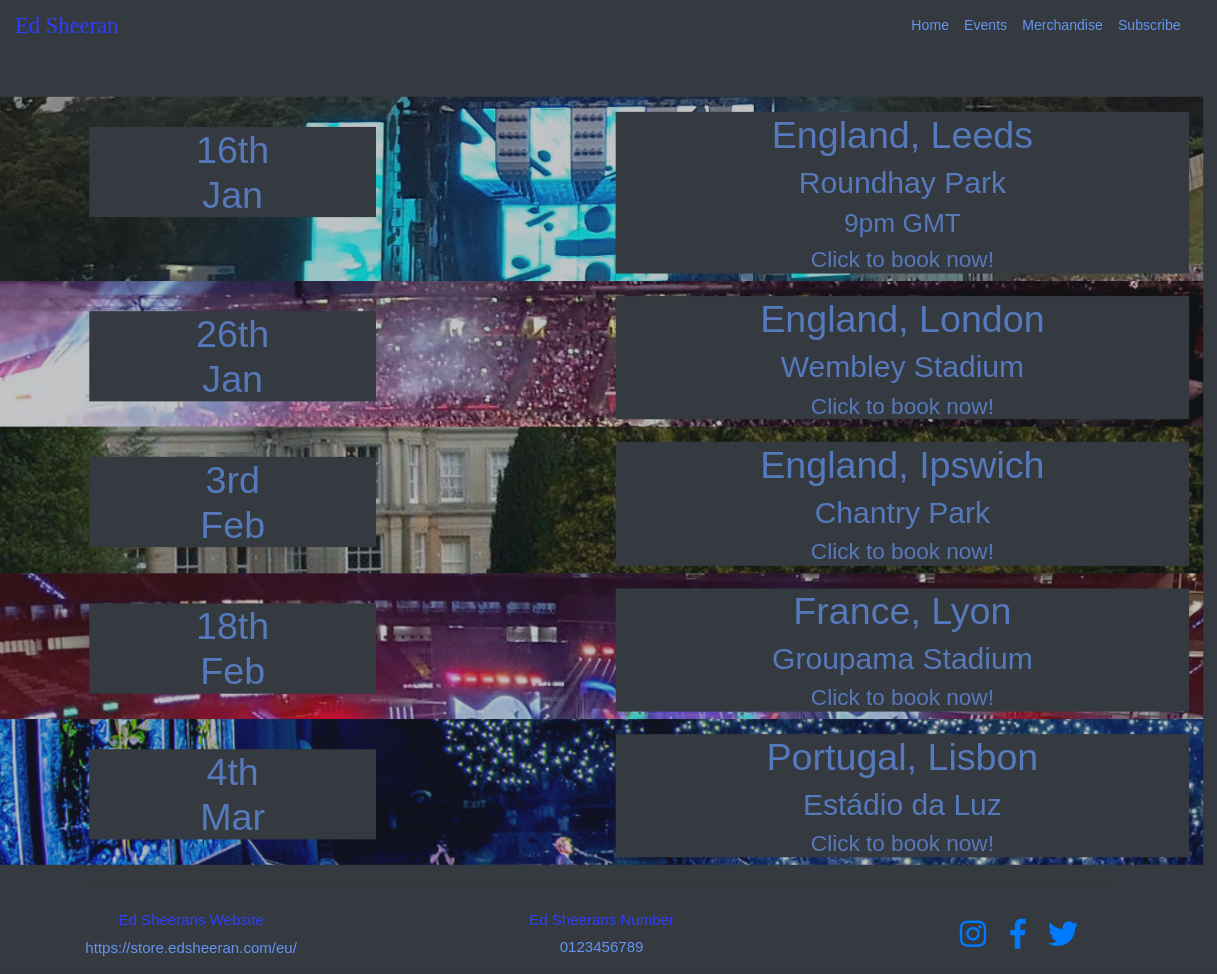
Repository: amit238/milestone-project-1
Page: events.html
The author's editor kept a record of every edit. The page is drawn from the files as they stood at one moment, then again after the next edit.
The browser window is 1280 px wide. The page is 1295 px wide, so the pictures cover 1295 px, including what lies to the right of the window. The pictures show the whole page, at 94% of full size.
Some web libraries are served in a nearby version.

Above is the page before.

### events.html
<!DOCTYPE html>
<html lang="en">

<head>
  <meta charset="UTF-8">
  <meta name="viewport" content="width=device-width, initial-scale=1.0">
  <meta http-equiv="X-UA-Compatible" content="ie=edge">
  <link rel="stylesheet" href="https://maxcdn.bootstrapcdn.com/bootstrap/4.2.1/css/bootstrap.min.css" type="text/css" />
  <link rel="stylesheet" href="https://use.fontawesome.com/releases/v5.0.10/css/all.css" integrity="sha384-+d0P83n9kaQMCwj8F4RJB66tzIwOKmrdb46+porD/OvrJ+37WqIM7UoBtwHO6Nlg" crossorigin="anonymous">
  <link rel="stylesheet" href="assets/css/style.css">
  <title>Ed Sheeran - User Centric Frontend Project</title>
</head>

<body>
  <nav class="navbar navbar-expand-lg navbar-dark bg-dark">
    <a class="edsheeran-brand">Ed Sheeran</a>
    <button type="button" class="navbar-toggler" data-toggle="collapse" data-target="#main-menu" aria-expanded="true">
                <span class="navbar-toggler-icon"></span>
            </button>
    <div id="main-menu" class="navbar-collapse collapse">
      <ul class="navbar-nav ml-auto">
        <li class="nav-item active"><a class="nav-link" href="index.html">Home</a></li>
        <li class="nav-item"><a class="nav-link" href="events.html">Events</a></li>
        <li class="nav-item"><a class="nav-link" href="merchandise.html">Merchandise</a></li>
        <li class="nav-item"><a class="nav-link" href="subscribe.html">Subscribe</a></li>
      </ul>
    </div>
  </nav>
  <div class="container-fluid">
    <a style="text-decoration: none" href="https://www.edsheeran.com/tour" class="hyper-colour">
    <div class="row events-leeds">
      <div class="col-6">
        <div class="events-left">
          <h1>16th<br>Jan</h1>
        </div>
      </div>
      <div class="col-6">
        <div class="events-center">
          <h1>England, Leeds</h1>
          <h2>Roundhay Park</h2>
          <h3>9pm GMT</h3>
          <h4 class="bold">Click to book now!</h4>
        </div>
      </div>
    </div>
    </a>
    <a style="text-decoration: none" href="https://www.edsheeran.com/tour" class="hyper-colour">
    <div class="row events-london">
      <div class="col-6">
        <div class="events-left">
          <h1>26th<br>Jan</h1>
        </div>
      </div>
      <div class="col-6">
        <div class="events-center">
          <h1>England, London</h1>
          <h2>Wembley Stadium</h2>
          <h4 class="bold">Click to book now!</h4>
        </div>
      </div>
    </div>
    </a>
    <a style="text-decoration: none" href="https://www.edsheeran.com/tour" class="hyper-colour">
    <div class="row events-ipswich">
      <div class="col-6">
        <div class="events-left">
          <h1>3rd<br>Feb</h1>
        </div>
      </div>
      <div class="col-6">
        <div class="events-center">
          <h1>England, Ipswich</h1>
          <h2>Chantry Park</h2>
          <h4 class="bold">Click to book now!</h4>
        </div>
      </div>
    </div>
    </a>
    <a style="text-decoration: none" href="https://www.edsheeran.com/tour" class="hyper-colour">
    <div class="row events-madrid">
      <div class="col-6">
        <div class="events-left">
          <h1>18th<br>Feb</h1>
        </div>
      </div>
      <div class="col-6">
        <div class="events-center">
          <h1>France, Lyon</h1>
          <h2>Groupama Stadium</h2>
          <h4 class="bold">Click to book now!</h4>
        </div>
      </div>
    </div>
    </a>
    <a style="text-decoration: none" href="https://www.edsheeran.com/tour" class="hyper-colour">
    <div class="row events-lisbon">
      <div class="col-6">
        <div class="events-left">
          <h1>4th<br>Mar</h1>
        </div>
      </div>
      <div class="col-6">
        <div class="events-center">
          <h1>Portugal, Lisbon</h1>
          <h2>Estádio da Luz</h2>
          <h4 class="bold">Click to book now!</h4>
        </div>
      </div>
    </div>
    </a>
  </div>
  <footer>
    <hr>
    <div class="row">
      <div class="col-sm-4">
        <h6 class=footer-header>Ed Sheerans Website</h6>
        <a href="https://store.edsheeran.com/eu/" target="_blank" class=footer-p>https://store.edsheeran.com/eu/</a>
      </div>
      <div class="col-sm-4">
        <h6 class=footer-header>Ed Sheerans Number</h6>
        <p class=footer-p>0123456789</p>
      </div>
      <div class="col-sm-4">
        <ul class="list-inline social-links">
          <li class="list-inline-item"><a target="_blank" href="https://www.facebook.com"><i></i></a>
          </li>
          <li class="list-inline-item"><a target="_blank" href="https://www.instagram.com/teddysphotos/?hl=en"><i class="fab fa-instagram fa-2x fa-fw"></i></a>
            <li class="list-inline-item"><a target="_blank" href="https://en-gb.facebook.com/EdSheeranMusic"><i class="fab fa-facebook-f fa-2x fa-fw"></i></a>
              <li class="list-inline-item"><a target="_blank" href="https://twitter.com/edsheeran?lang=en"><i class="fab fa-twitter fa-2x fa-fw"></i></a>
              </li>
        </ul>
      </div>
    </div>
  </footer>
  <script src="https://code.jquery.com/jquery-3.3.1.slim.min.js" integrity="sha384-q8i/X+965DzO0rT7abK41JStQIAqVgRVzpbzo5smXKp4YfRvH+8abtTE1Pi6jizo" crossorigin="anonymous"></script>
  <script src="https://cdnjs.cloudflare.com/ajax/libs/popper.js/1.14.6/umd/popper.min.js" integrity="sha384-wHAiFfRlMFy6i5SRaxvfOCifBUQy1xHdJ/yoi7FRNXMRBu5WHdZYu1hA6ZOblgut" crossorigin="anonymous"></script>
  <script src="https://stackpath.bootstrapcdn.com/bootstrap/4.2.1/js/bootstrap.min.js" integrity="sha384-B0UglyR+jN6CkvvICOB2joaf5I4l3gm9GU6Hc1og6Ls7i6U/mkkaduKaBhlAXv9k" crossorigin="anonymous"></script>
</body>

</html>

### assets/css/style.css
body {
    background-color: #343A40;
}


/*--------------------NAVBAR--------------------*/

.navbar.navbar-expand-lg.navbar-dark.bg-dark .edsheeran-brand {
    font-family: 'Indie Flower', cursive;
    color: #2E3EFF;
    font-size: 150%;
}

.navbar.navbar-expand-lg.navbar-dark.bg-dark .nav-link {
    font-family: 'Varela Round', sans-serif;
    color: #6594F1;
    font-size: 15px;
}

/*------------Navbar margin------------*/

.container-fluid {
    margin-top: 3em;
}

.marg {
    margin-top: 1em;
}


/*--------------------INDEX--------------------*/


/*-------------Carousel---------------*/

#carouselExampleCaptions {
    margin-top: 3em;
}

/*-----------About/Audio/Album Section------------*/

.card-title {
    font-family: 'Kanit', sans-serif;
}

.card-text {
    font-family: 'Varela Round', sans-serif;
}

.about-card {
    text-align: center;
    color: #2E3EFF;
    background-color: #343A40;
}


.audio-card {
    margin-top: 2em;
    text-align: center;
    color: #2E3EFF;
    background-color: #343A40;
}

.album-card {
    margin-top: 2em;
    text-align: center;
    color: #2E3EFF;
    background-color: #343A40;
    height: 14.8em;
}

.card-text {
    color: #6594F1;
}


/*-------------------------Events-------------------------*/

.hyper-colour {
    color: #6594F1;
}

.events-left {
    font-family: 'Kanit', sans-serif;
    text-align: center;
    margin-left: 5em;
    margin-top: 2em;
    color: #6594F1;
    background-color: #343A40;
    width: 50%;
    opacity: 1;
}


.events-center {
    font-family: 'Varela Round', sans-serif;
    text-align: center;
    margin-top: 1em;
    color: #6594F1;
    background-color: #343A40;
    width: 100%;
}


.events-leeds {
    background-image: url("../images/roundhay.png");
    background-repeat: no-repeat;
    opacity: 0.7;
}

.events-leeds:hover {
    opacity: 2;
    transition-duration: 1.5s;
}


.events-london {
    background-image: url("../images/wembley.png");
    background-repeat: no-repeat;
    opacity: 0.7;
}

.events-london:hover {
    opacity: 1;
    transition-duration: 1.5s;
}

.events-ipswich {
    background-image: url("../images/ipswich.png");
    background-repeat: no-repeat;
    opacity: 0.7;
}

.events-ipswich:hover {
    opacity: 1;
    transition-duration: 1.5s;

}

.events-madrid {
    background-image: url("../images/madrid.png");
    background-repeat: no-repeat;
    opacity: 0.7;
}

.events-madrid:hover {
    opacity: 1;
    transition-duration: 1.5s;
}


.events-lyon {
    background-image: url("../images/lyon.png");
    background-repeat: no-repeat;
    opacity: 0.7;
}

.events-lyon:hover {
    opacity: 1;
    transition-duration: 1.5s;

}

.events-lisbon {
    background-image: url("../images/lisbon.png");
    background-repeat: no-repeat;
    opacity: 0.7;
}

.events-lisbon:hover {
    opacity: 1;
    transition-duration: 1.5s;

}


@media only screen and (max-width: 599px) {
    .events-left {
        width: 100%;
        margin-left: 0em;
    }
    .events-center {
        width: 100%;
        margin-top: 1em;
    }
}

@media only screen and (max-width: 375px) {
    h1 {
        font-size: 25px;
    }
    h2 {
        font-size: 25px;
    }
    h3 {
        font-size: 25px;
    }
}

/*----------------------Merchandise-----------------------*/


.best-sellers {
    font-family: 'Kanit', sans-serif;
    text-decoration: underline;
    text-align: center;
    color: #6594F1;
    font-weight: 600;
    font-size: 30px;
    margin: 1em;
}

.latest-release {
    font-family: 'Kanit', sans-serif;
    text-decoration: underline;
    text-align: center;
    color: #6594F1;
    font-weight: 600;
    font-size: 30px;
    margin: 1em;
}

.card-title {
    font-family: 'Kanit', sans-serif;
    color: #2E3EFF;
}

.card-merch {
    font-family: 'Varela Round', sans-serif;
    background-color: #343A40;
    text-align: center;
}

@media only screen and (max-width: 768px) {
    .card-merch {
        margin: 1em;
    }
}


/*---------------------------Subscribe---------------------------*/

.sub-background {
    background-image: url("../images/ed-sheeran-singing.jpg");
    background-repeat: no-repeat;
    background-position: top;
    opacity: 0.7;
    height: 55em;
}

.sub-title {
    position: relative;
    top: 15em;
}

.sub-head {
    font-family: 'Kanit', sans-serif;
    text-align: center;
    font-size: 50px;
    background-color: #2E3EFF;
}

.sub-para {
    font-family: 'Varela Round', sans-serif;
    text-align: center;
    font-size: 25px;
    background-color: #6594F1;
}

.form {
    padding-top: 1em;
}

.sub-form {
    position: relative;
    top: 14em;
}

.sub-btn {
    text-align: center;
    padding-top: 1em;
}



.sub-background:hover {
    opacity: 1;
    transition-duration: 2s;
}

@media only screen and (max-width: 769px) {
    .sub-title {
        position: relative;
        top: 5em;
    }

    .sub-form {
        position: relative;
        top: 4em;
    }
}


/*--------------Subscribe - Second Part--------------*/

.sub-card-issue {
    text-align: center;
    background-color: #343A40;
    margin-top: 9em;
}

.blue {
    font-family: 'Kanit', sans-serif;
    color: #2E3EFF;
}

.lg-blue {
    font-family: 'Varela Round', sans-serif;
    color: #6594F1;
}

.sub-card-list {
    position: relative;
    right: 1em;
    text-align: center;
    background-color: #343A40;
    margin-top: 5em;
}

.sub-card-map {
    text-align: center;
    background-color: #343A40;
    margin-top: 1em;
}

.map {
    height: 50vh;
}


@media only screen and (max-width: 1199px) {
    .sub-card-issue {
        margin-top: 1em;
    }
    .sub-card-list {
        margin-top: 1em;
    }
}

/*-------------------------Footer----------------------------*/

footer {
    text-align: center;
}

hr {
    background: #3A3A3A;
    width: 85%;
}

.footer-header {
    font-family: 'Kanit', sans-serif;
    color: #2E3EFF;
    margin-top: 1em;
}

.list-inline {
    margin-top: 1.5em;
}

.footer-p {
    font-family: 'Varela Round', sans-serif;
    color: #6594F1;
}

After the next edit:
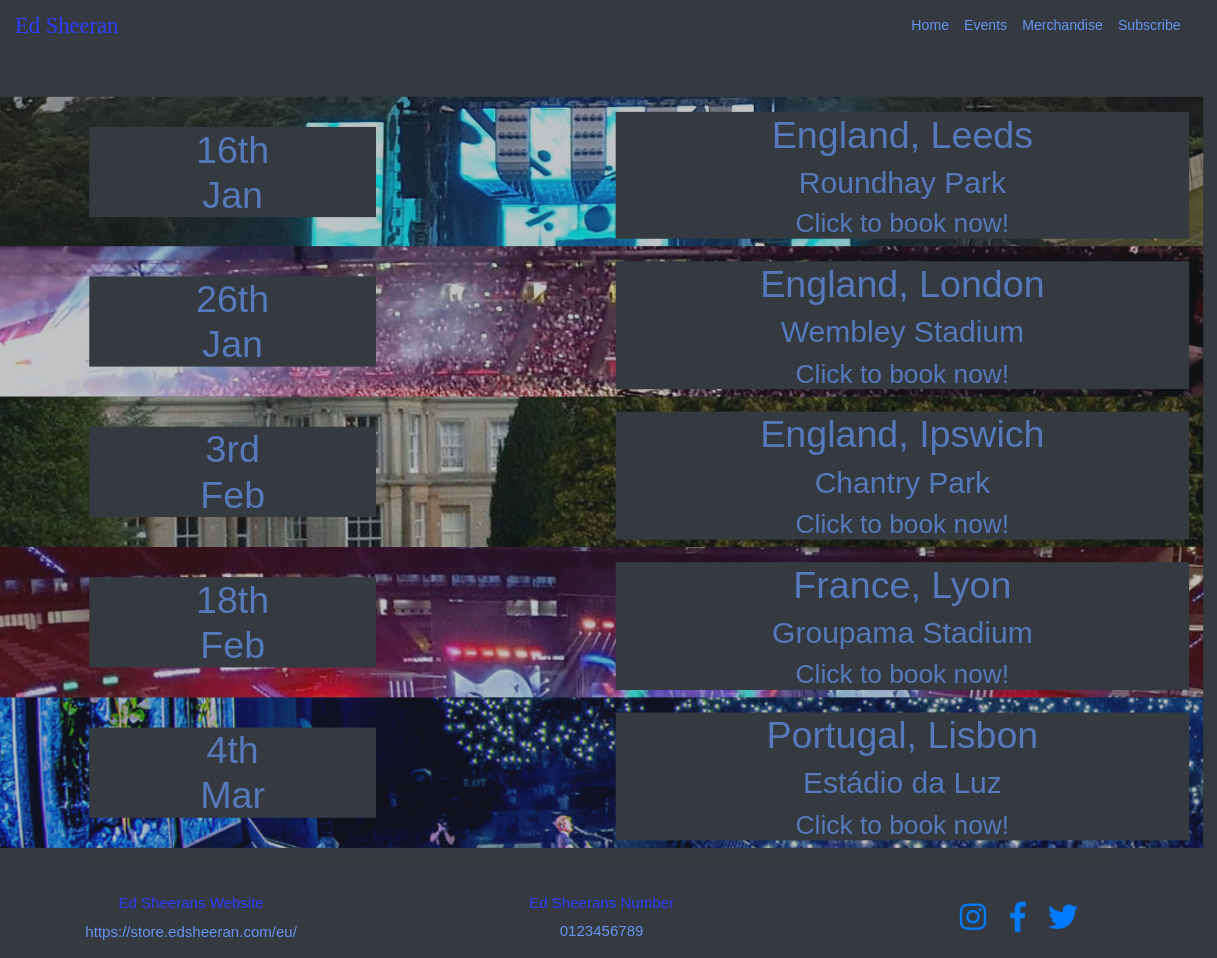
The edit:
--- a/events.html
+++ b/events.html
@@ -38,8 +38,7 @@
         <div class="events-center">
           <h1>England, Leeds</h1>
           <h2>Roundhay Park</h2>
-          <h3>9pm GMT</h3>
-          <h4 class="bold">Click to book now!</h4>
+          <h3 class="bold">Click to book now!</h3>
         </div>
       </div>
     </div>
@@ -55,7 +54,7 @@
         <div class="events-center">
           <h1>England, London</h1>
           <h2>Wembley Stadium</h2>
-          <h4 class="bold">Click to book now!</h4>
+          <h3 class="bold">Click to book now!</h3>
         </div>
       </div>
     </div>
@@ -71,7 +70,7 @@
         <div class="events-center">
           <h1>England, Ipswich</h1>
           <h2>Chantry Park</h2>
-          <h4 class="bold">Click to book now!</h4>
+          <h3 class="bold">Click to book now!</h3>
         </div>
       </div>
     </div>
@@ -87,7 +86,7 @@
         <div class="events-center">
           <h1>France, Lyon</h1>
           <h2>Groupama Stadium</h2>
-          <h4 class="bold">Click to book now!</h4>
+          <h3 class="bold">Click to book now!</h3>
         </div>
       </div>
     </div>
@@ -103,7 +102,7 @@
         <div class="events-center">
           <h1>Portugal, Lisbon</h1>
           <h2>Estádio da Luz</h2>
-          <h4 class="bold">Click to book now!</h4>
+          <h3 class="bold">Click to book now!</h3>
         </div>
       </div>
     </div>
